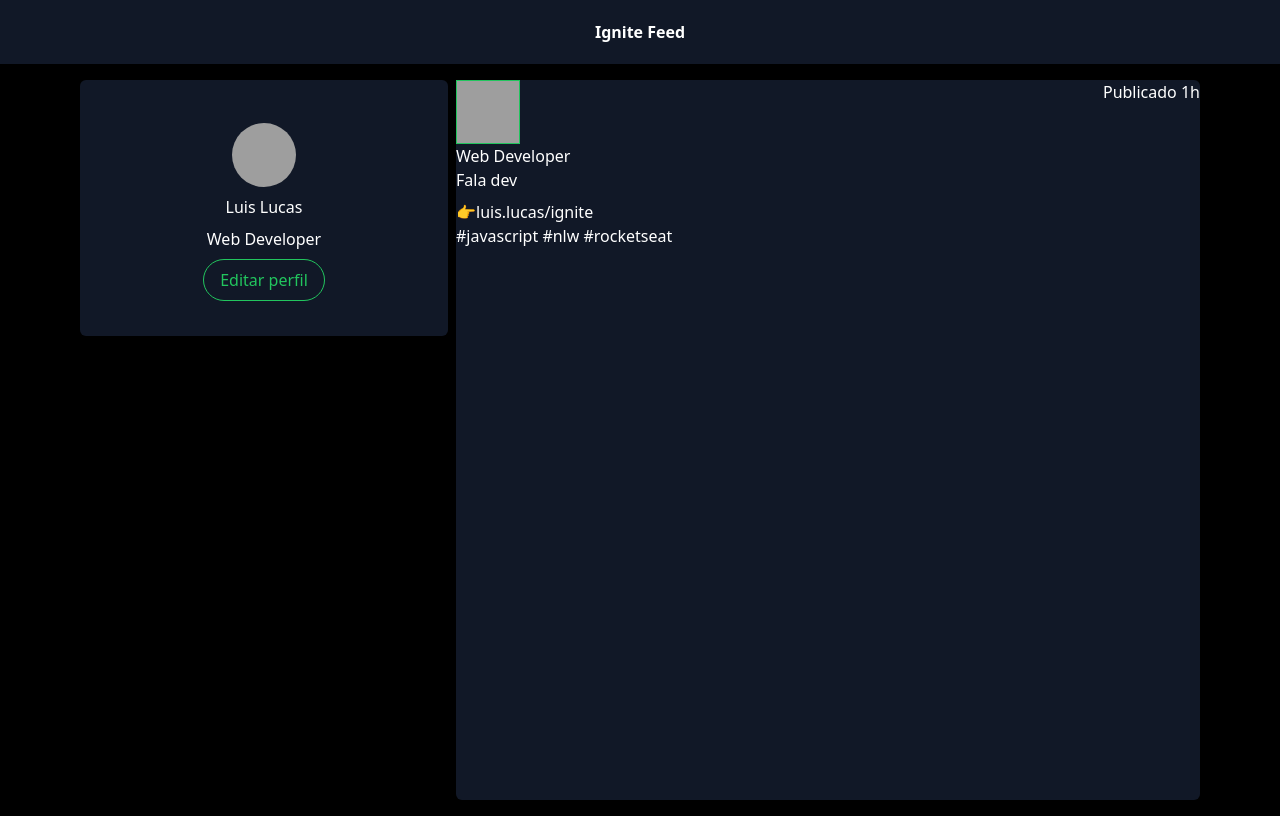
Repository: LuisSempre/ignite-feed
Page: /
These files come from the project's save history. The page is drawn as it stood at one moment and after the next save; the edit follows.
The browser window is 1280 px wide. The pictures show the whole page.
Pictures or frames that could not be fetched are drawn as grey boxes. The project was rebuilt for these pictures with package versions that can differ from the ones it lists, and the page was loaded fresh each time. Also part of the build but not shown: vite.config.js.

Above is the page before, as saved 2022-07-13 23:08:16.

After the next save:
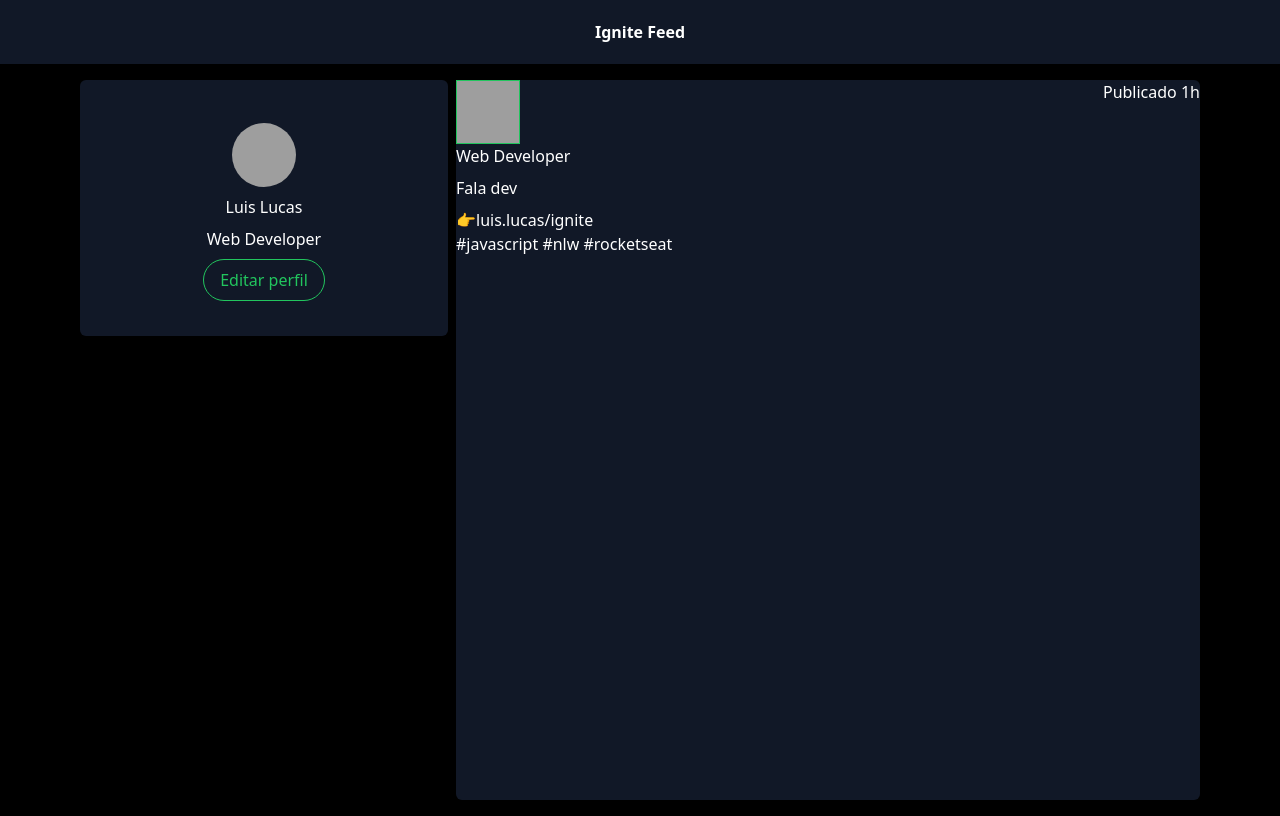
Saved 36 s later.
--- a/src/Components/Post.jsx
+++ b/src/Components/Post.jsx
@@ -1,6 +1,6 @@
 export function Post() {
   return (
-    <div className=" bg-gray-900 rounded-md h-screen">
+    <div className=" bg-gray-900 rounded-md h-screen space-y-2">
       <div className="flex justify-between ">
         <div className=" flex flex-col">
           <img
